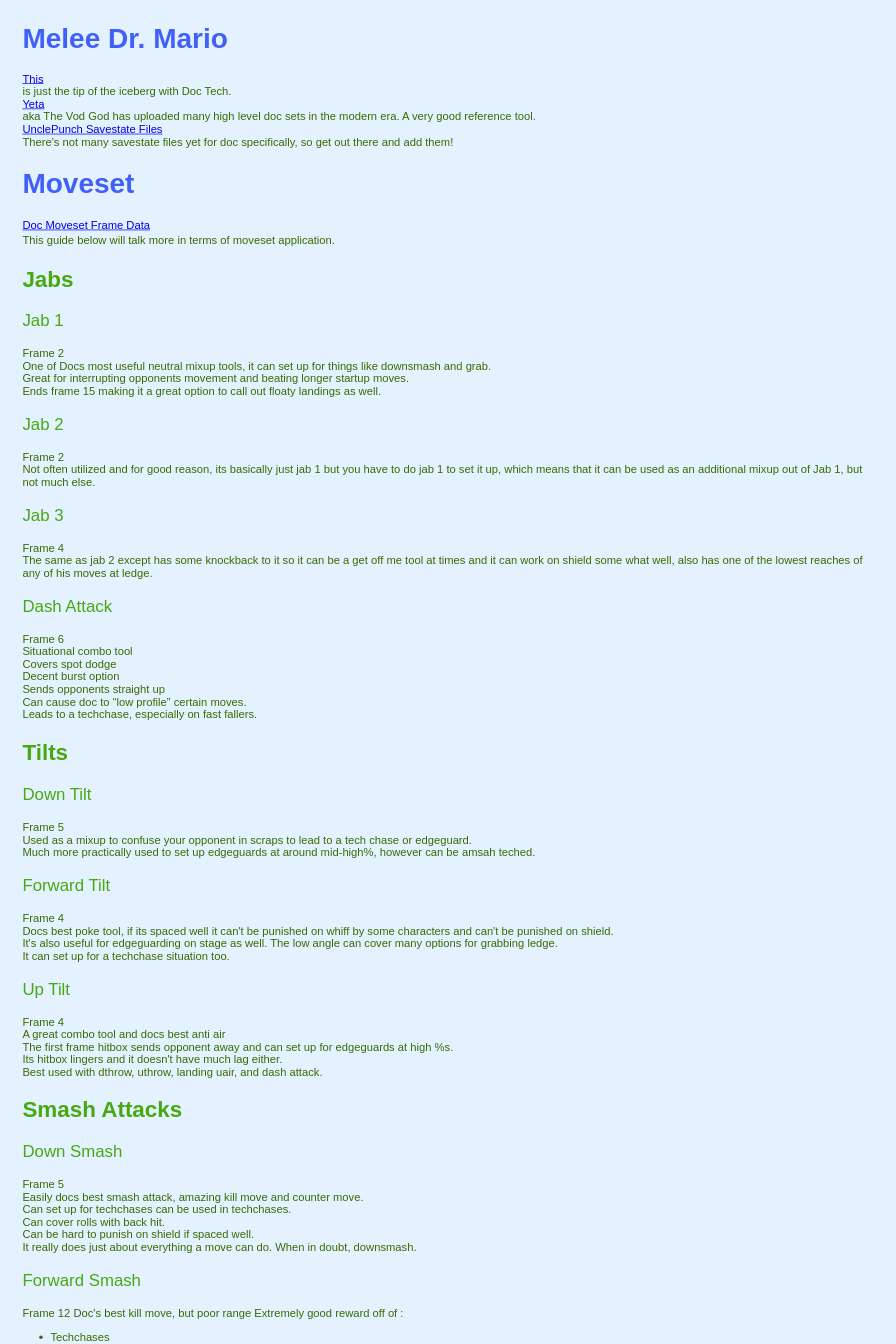
Repository: MatthewBakley/Doc-Document
Page: / (app in melee-doc-web/)
An editor plug-in stored every save of this project. The page is shown before and after the next save, followed by the edit.
The browser window is 1280 px wide. The pictures show the part of the page from y = 0 to 1920 px (the page is 4455 px tall), at 70% of full size.
The project was rebuilt for these pictures with package versions that can differ from the ones it lists, and the page was loaded fresh each time. Also part of the build but not shown: melee-doc-web/angular.json.

Above is the page before, as saved 2022-11-11 11:25:03.

After the next save:
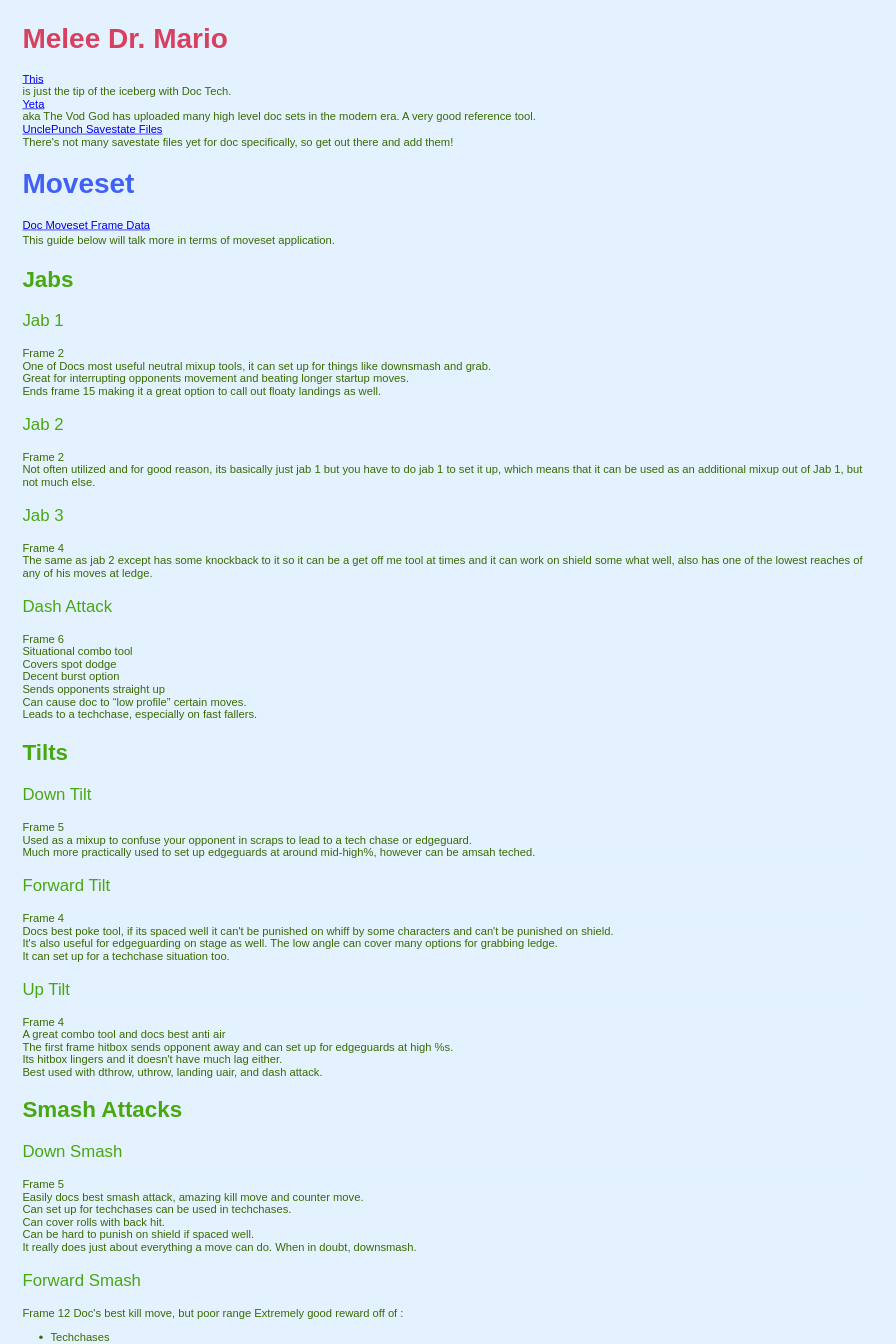
Saved 76 s later.
--- a/melee-doc-web/src/app/app.component.html
+++ b/melee-doc-web/src/app/app.component.html
@@ -1,4 +1,4 @@
-<h1>{{title}}</h1>
+<h1 style='color: #d84060'>{{title}}</h1>
 <p>
   <a href="https://www.youtube.com/watch?v=P6oz-mCtFuQ">This</a><br>
   is just the tip of the iceberg with Doc Tech.<br>
